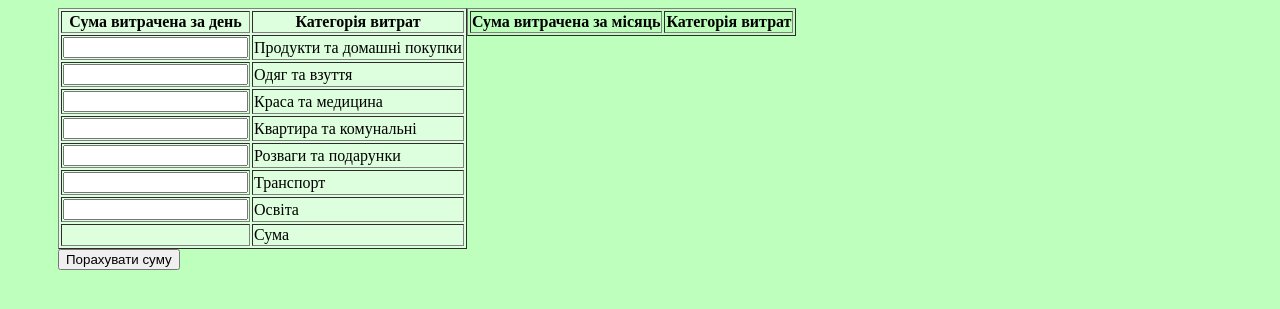
Repository: alexandrastarovoyda-star/Planer2
Page: index.html
The author's editor kept a copy of each file at every save. The page is drawn from the files as they stood at one save, then again after the next save.
The browser window is 1280 px wide. The pictures show the whole page.

Above is the page before, as saved 2026-03-25 21:59:57.

### index.html
<!DOCTYPE html>
<html lang="uk">
    <head>
            <meta charset="UTF-8">
            <title>Планер бюджету</title>
            <link rel="stylesheet" href="css/all.css">
            <link rel="stylesheet" href="css/index.css">
    </head>
    <body>
        <div class="table_ghorisontal">
            <div>
            <table border="1" class="table_calculator" id="day_spend_table">
                <tr>
                    <th>Сума витрачена за день</th>
                    <th>Категорія витрат</th>
                </tr>
            </table>
            <button id="Calculate_sum">Порахувати суму</button>
            </div>
            <div>
            <table border="1" class="table_calculator" id="month_spend_table">
                <tr>
                    <th>Сума витрачена за місяць</th>
                    <th>Категорія витрат</th>
                </tr>
            </table>
            </div>
        </div>
    <script src="js/index.js"></script>
    </body>
</html>

### css/all.css
body{
    background: rgba(172, 255, 172, 0.781);
}

### css/index.css
#day_spend_table{
    background: rgba(255, 255, 255, 0.466);
}

.table_ghorisontal{
    display: flex;
    margin-right: 50px;
    margin-left: 50px;
}

### js/index.js
const list1 = ['Продукти та домашні покупки', 'Одяг та взуття', 'Краса та медицина', 'Квартира та комунальні', 'Розваги та подарунки', 'Транспорт', 'Освіта'];

list1.forEach(Myfunction);
LoadData();

function Myfunction(value, id){
    const tr = document.createElement('tr');
    const td1 = document.createElement('td');
    const td2 = document.createElement('td');
    const input = document.createElement('input');
    input.type = 'number';
    input.id = `input_${id}`;
    input.addEventListener('input', SaveData);
    td2.textContent = value;
    td1.appendChild(input);
    tr.appendChild(td1);
    tr.appendChild(td2);
    document.getElementById('day_spend_table').appendChild(tr);
};

const tr = document.createElement('tr');
const td1 = document.createElement('td');
const td2 = document.createElement('td');
td1.id = `sum1`;
td2.textContent = 'Сума';
tr.appendChild(td1);
tr.appendChild(td2);
document.getElementById('day_spend_table').appendChild(tr);

function CalculeteSum(){
    let sum = 0;
    const inputs = document.querySelectorAll('#day_spend_table input');

    inputs.forEach(function(input){
        const value = Number(input.value);
        if(!isNaN(value)){
            sum += value;
        };
    });
    document.getElementById('sum1').textContent = sum;
};

document.getElementById('Calculate_sum').onclick = CalculeteSum;

function SaveData(){
    const inputs = document.querySelectorAll('#day_spend_table input');
    inputs.forEach(function (input){
        localStorage.setItem(input.id, input.value);
    });
};

function LoadData (){
    const inputs = document.querySelectorAll('#day_spend_table input');
    inputs.forEach(function(input){
        const saved = localStorage.getItem(input.id);
        if(saved !== null)
            input.value = saved;
    });
};

After the next save:
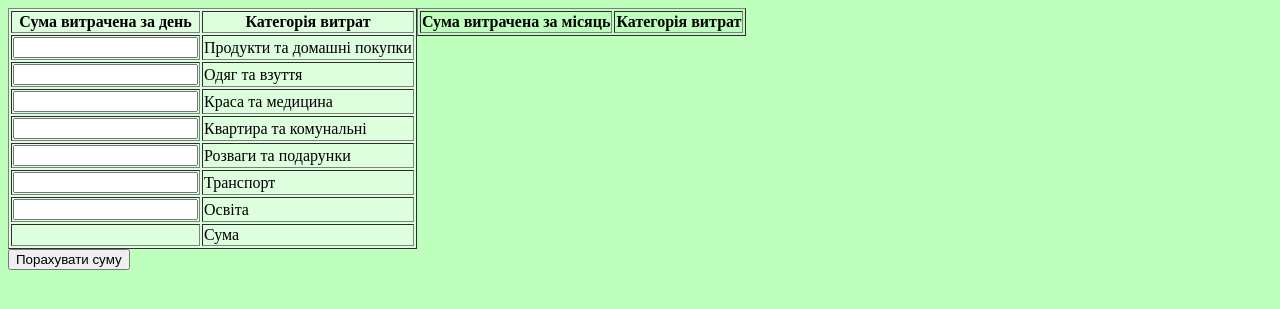
Saved 48 s later.
--- a/css/index.css
+++ b/css/index.css
@@ -4,6 +4,5 @@
 
 .table_ghorisontal{
     display: flex;
-    margin-right: 50px;
-    margin-left: 50px;
+    gap: 50 px;
 }
